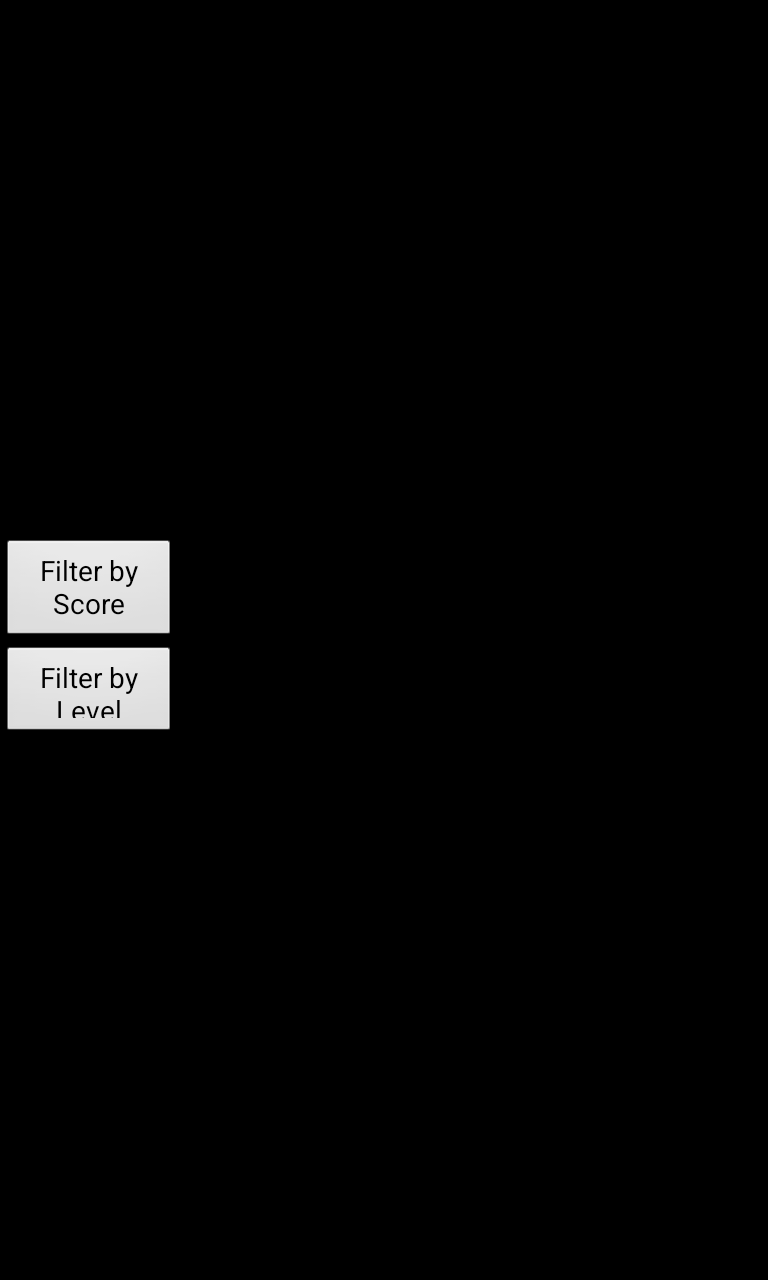
Repository: valleskeyp/IADHub
Layout: MGDGame-android/res/layout/main.xml
These files come from the project's save history. The layout is drawn as it stood at one moment and after the next save; the edit follows.
It is drawn on a 768 x 1280 px phone screen (xhdpi) without system bars, with theme android:Theme.NoTitleBar.Fullscreen; the app's code is not run. Lists and similar views that code fills are empty.

Above is the layout before, as saved 2013-07-29 23:03:53.

### MGDGame-android/res/layout/main.xml
<?xml version="1.0" encoding="utf-8"?>
<LinearLayout xmlns:android="http://schemas.android.com/apk/res/android"
    android:layout_width="fill_parent"
    android:layout_height="fill_parent"
    android:orientation="horizontal" >

	<LinearLayout
	    android:layout_width="wrap_content"
	    android:layout_height="wrap_content"
	    android:orientation="vertical"
	    android:layout_gravity="center_vertical" >

	    <Button
	        android:id="@+id/filterScore"
	        android:layout_width="89dp"
	        android:layout_height="wrap_content"
	        android:text="Filter by Score" />

	    <Button
	        android:id="@+id/filterLevel"
	        android:layout_width="match_parent"
	        android:layout_height="wrap_content"
	        android:text="Filter by Level" />
	</LinearLayout>

<ListView
        android:id="@+id/list_scores"
        android:layout_width="match_parent"
        android:layout_height="wrap_content" >
    </ListView>

</LinearLayout>

After the next save:
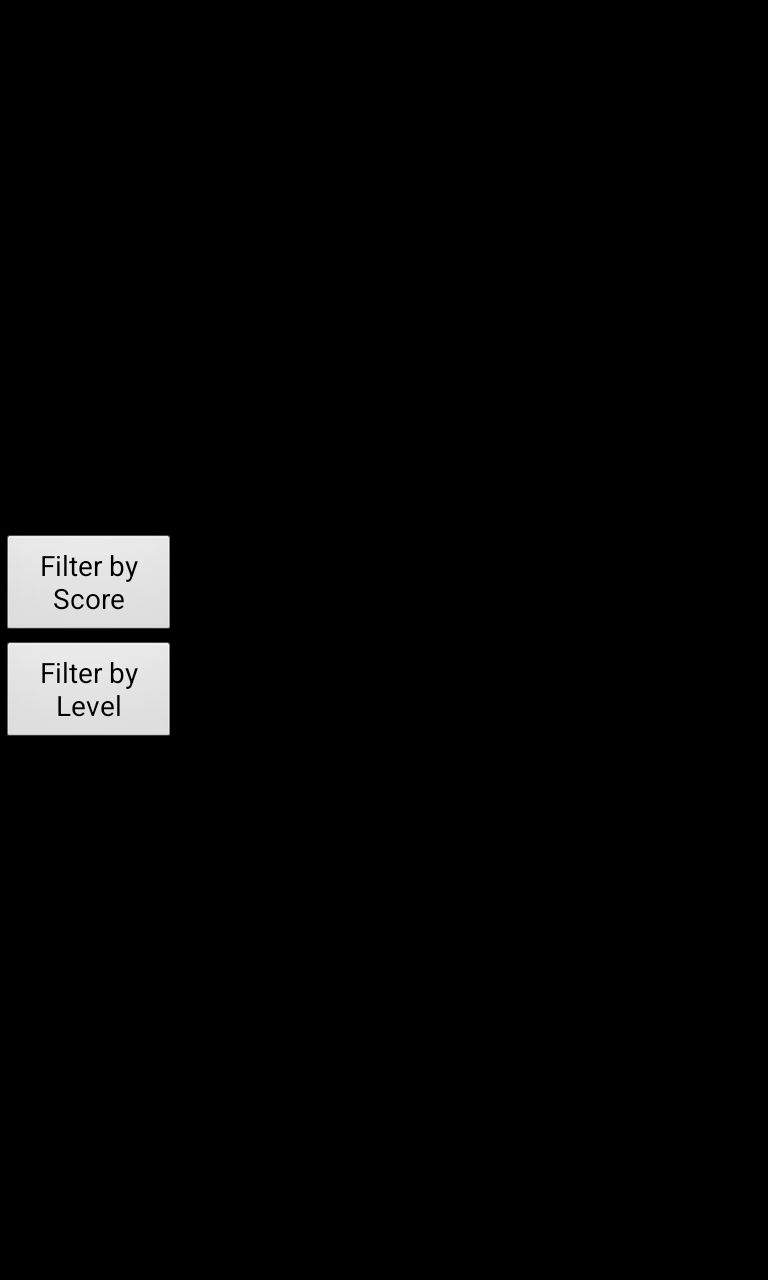
Saved 27 s later.
--- a/MGDGame-android/res/layout/main.xml
+++ b/MGDGame-android/res/layout/main.xml
@@ -18,7 +18,7 @@
 
 	    <Button
 	        android:id="@+id/filterLevel"
-	        android:layout_width="match_parent"
+	        android:layout_width="89dp"
 	        android:layout_height="wrap_content"
 	        android:text="Filter by Level" />
 	</LinearLayout>
